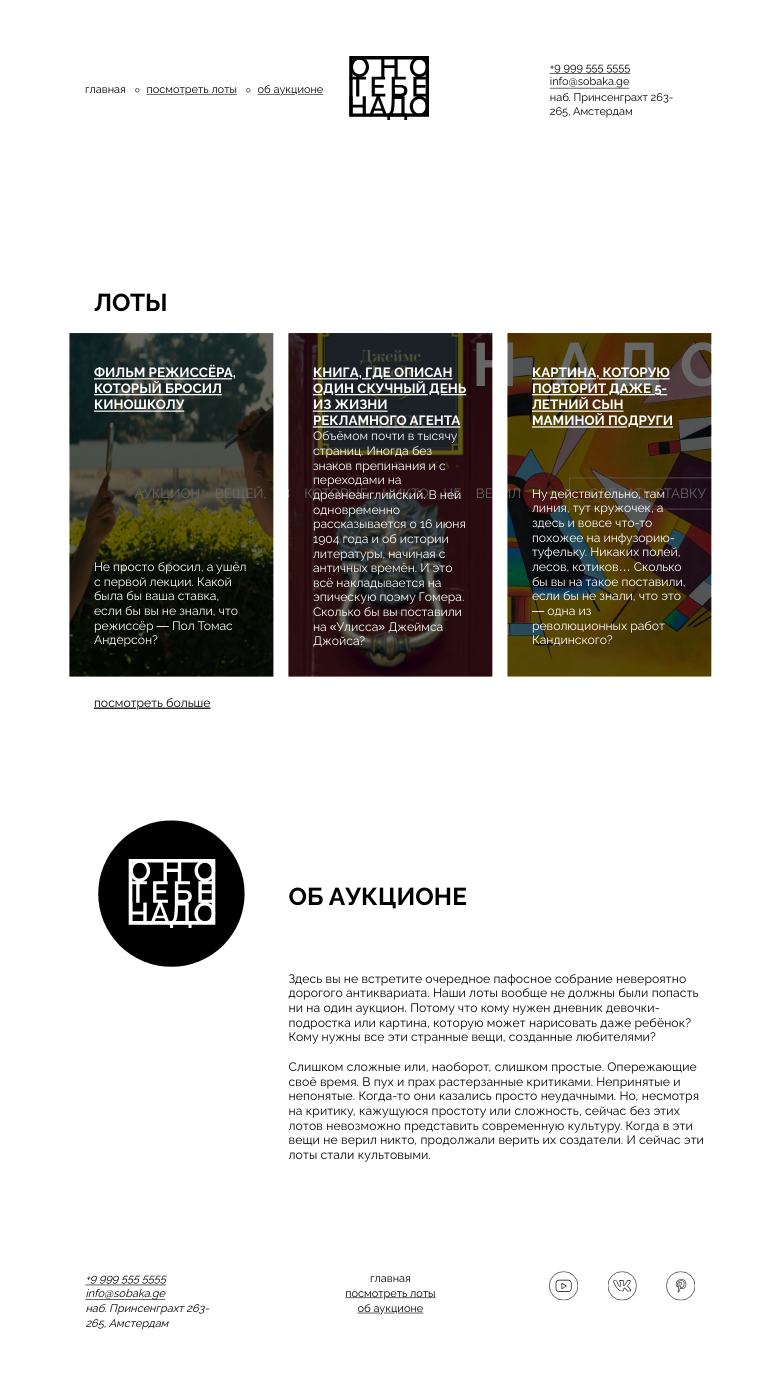
Repository: Smoyki/ono-tebe-nado
Page: index.html
An editor plug-in stored every save of this project. The page is shown before and after the next save, followed by the edit.
The browser window is 1280 px wide. The pictures show the whole page, at 61% of full size.

Above is the page before, as saved 2024-04-18 11:41:17.

After the next save:
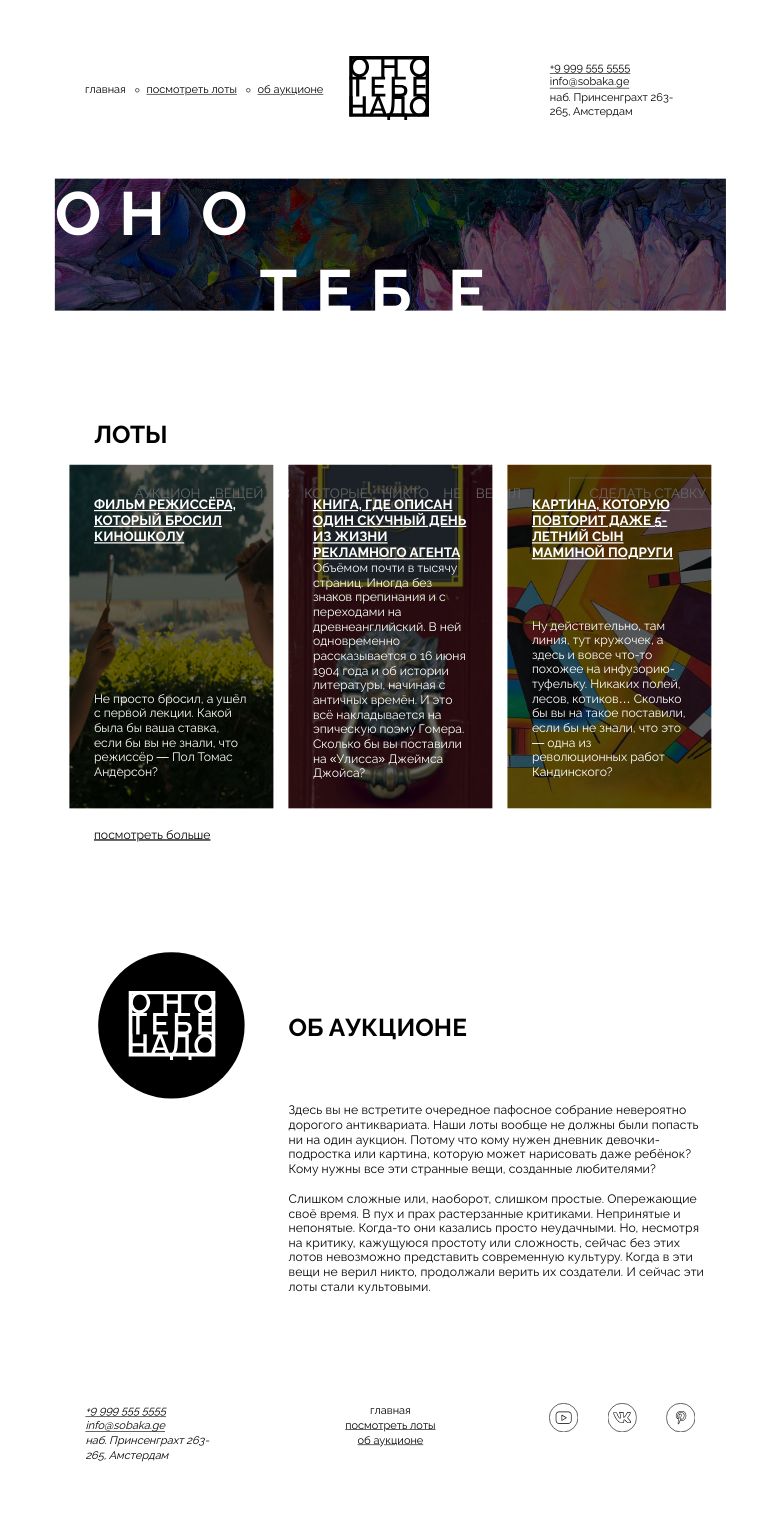
Saved 28 s later.
--- a/styles/style.css
+++ b/styles/style.css
@@ -95,6 +95,7 @@
   max-width:1100px;
   background-size: cover;
   height: 100%;
+  padding: 165px 50px 51px 50px;
 }
 
 .overlay {

After the 2 saves that followed:
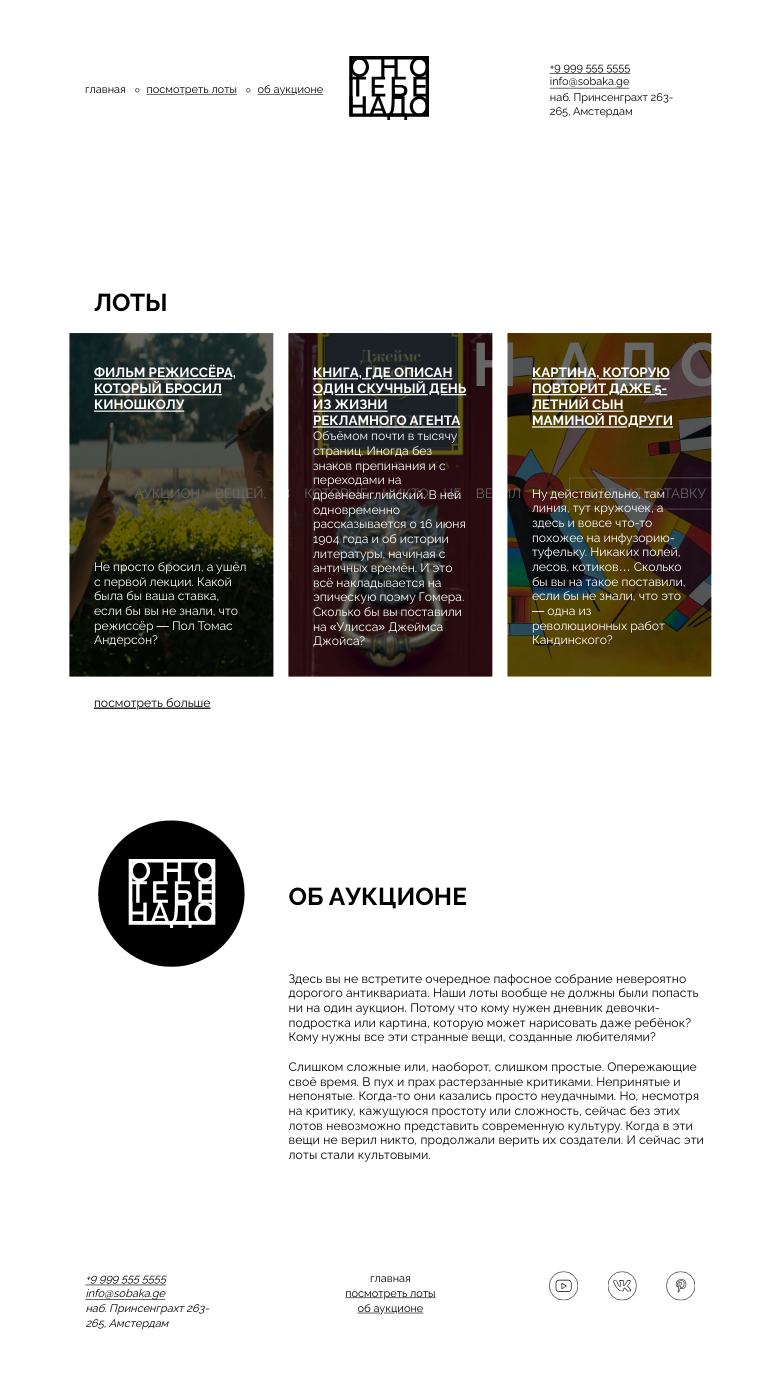
The 2 saves are shown as one change because they came seconds apart.
The last was saved 17 s later.
--- a/styles/style.css
+++ b/styles/style.css
@@ -95,7 +95,6 @@
   max-width:1100px;
   background-size: cover;
   height: 100%;
-  padding: 165px 50px 51px 50px;
 }
 
 .overlay {
